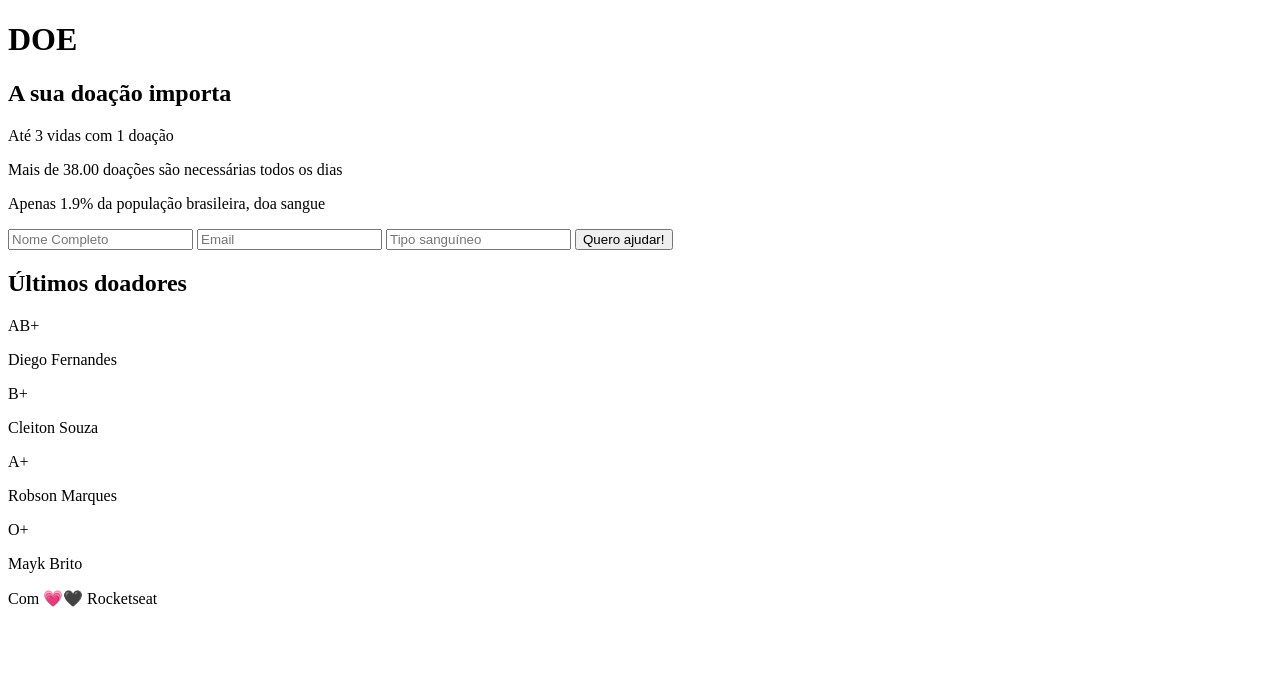
Repository: lucas-silva-dev/Doe
Page: index.html
These files come from the project's save history. The page is drawn as it stood at one moment and after the next save; the edit follows.
The browser window is 1280 px wide. The pictures show the whole page.

Above is the page before, as saved 2020-02-18 11:26:46.

### index.html
<!DOCTYPE html>
<!-- HTML
  HYPERTEXT
    Texto que contém links para outros documentos

  MARKUP
    Texto conterá marcações
    <tags>

  LANGUAGE
    Para comunicar de certa maneira. Sintaxe específica
-->
<html>

<head>
  <!-- são as configurações da minha página-->
  <title>Doe sangue! Doe vida!</title>
</head>

<body>
  <!-- Aqui vem todo conteúdo visível para o usuário, dentro de certa página-->
  <header>
    <h1>DOE</h1>
    <h2>A sua doação importa</h2>
    <p>Até 3 vidas com 1 doação</p>
    <p>Mais de 38.00 doações são necessárias todos os dias</p>
    <p>Apenas 1.9% da população brasileira, doa sangue</p>
  </header>

  <section class="form">
    <form action="/">
      <input type="text" name="name" placeholder="Nome Completo">
      <input type="text" name="email" placeholder="Email">
      <input type="text" name="blood" placeholder="Tipo sanguíneo">
      <button type="submit">Quero ajudar!</button>
    </form>
  </section>

  <main>
    <h2>Últimos doadores</h2>

    <section class="donors">
      <div class="donor">
        <div class="blood">AB+</div>
        <p>Diego Fernandes</p>
      </div>
      <div class="donor">
        <div class="blood">B+</div>
        <p>Cleiton Souza</p>
      </div>
      <div class="donor">
        <div class="blood">A+</div>
        <p>Robson Marques</p>
      </div>
      <div class="donor">
        <div class="blood">O+</div>
        <p>Mayk Brito</p>
      </div>
    </section>
  </main>

  <footer> Com 💗🖤 Rocketseat</footer>
</body>

</html>

After the next save:
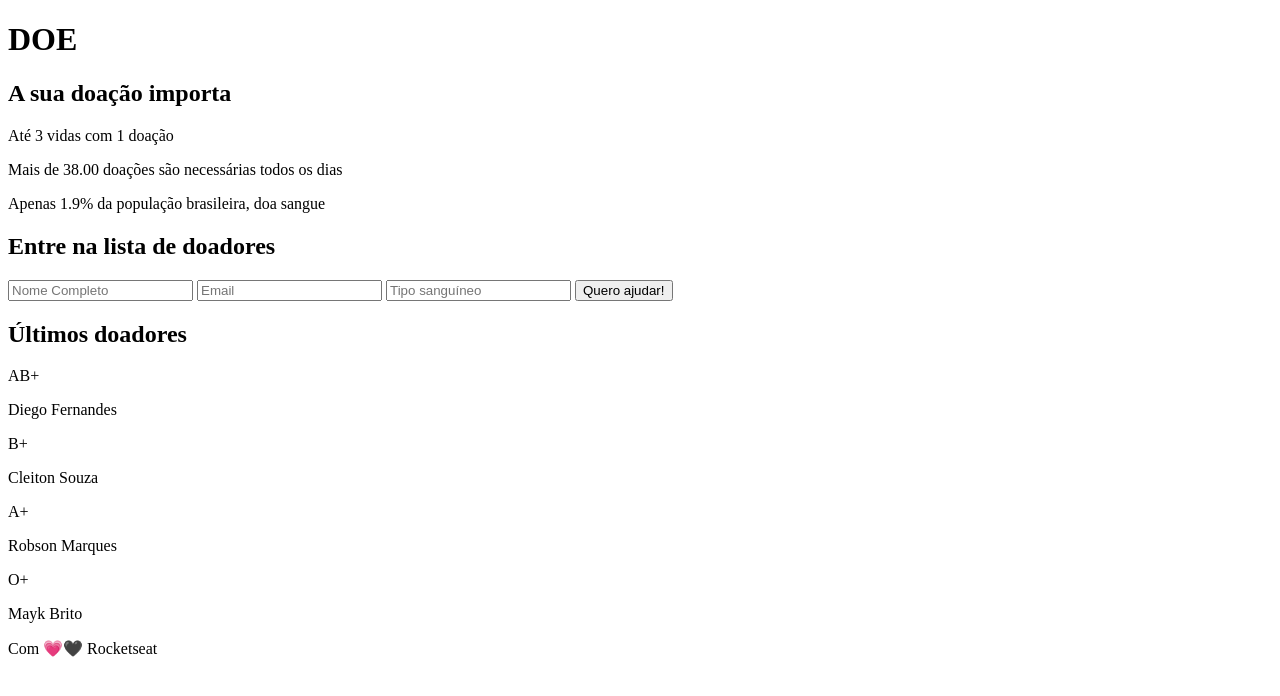
Saved 55 s later.
--- a/index.html
+++ b/index.html
@@ -28,6 +28,7 @@
   </header>
 
   <section class="form">
+    <h2>Entre na lista de doadores</h2>
     <form action="/">
       <input type="text" name="name" placeholder="Nome Completo">
       <input type="text" name="email" placeholder="Email">
